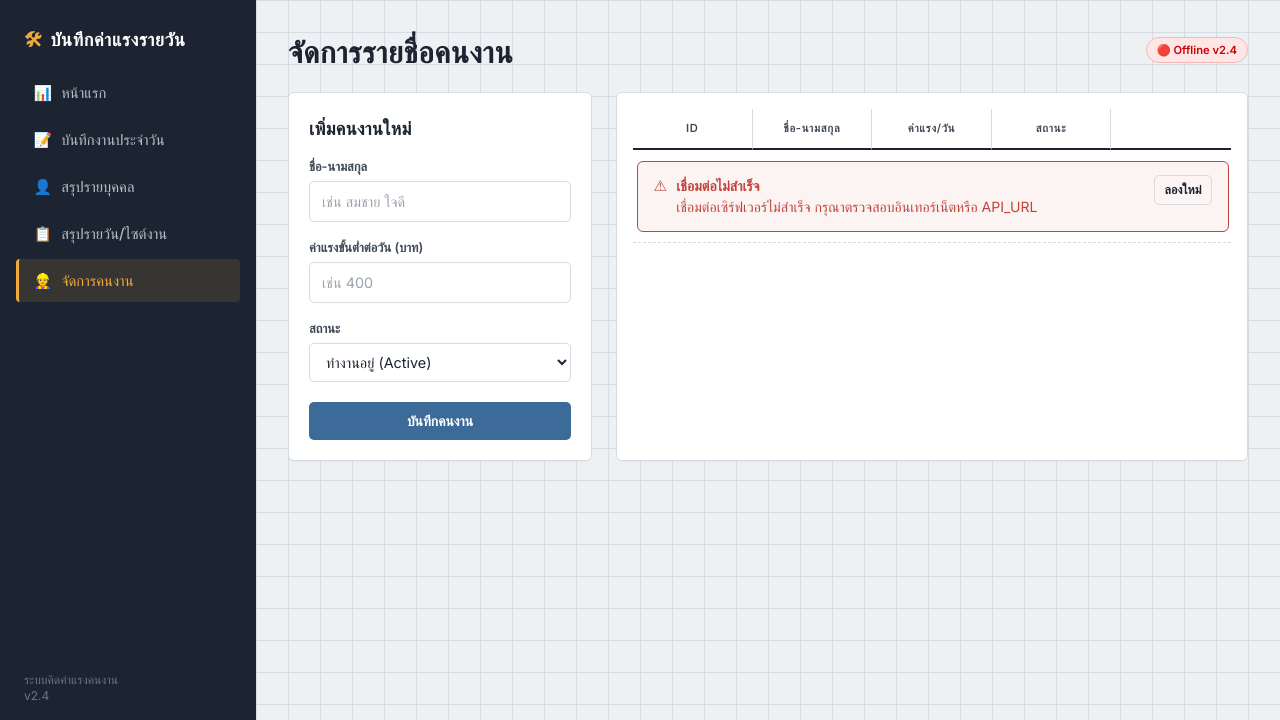
Repository: Artimis2nd/Web-Work
Page: workers.html
An editor plug-in stored every save of this project. The page is shown before and after the next save, followed by the edit.
The browser window is 1280 px wide. The pictures show the whole page.
The page's requests for data from a server got no answer. Some web libraries are served in a nearby version.

Above is the page before, as saved 2026-07-23 09:19:49.

After the next save:
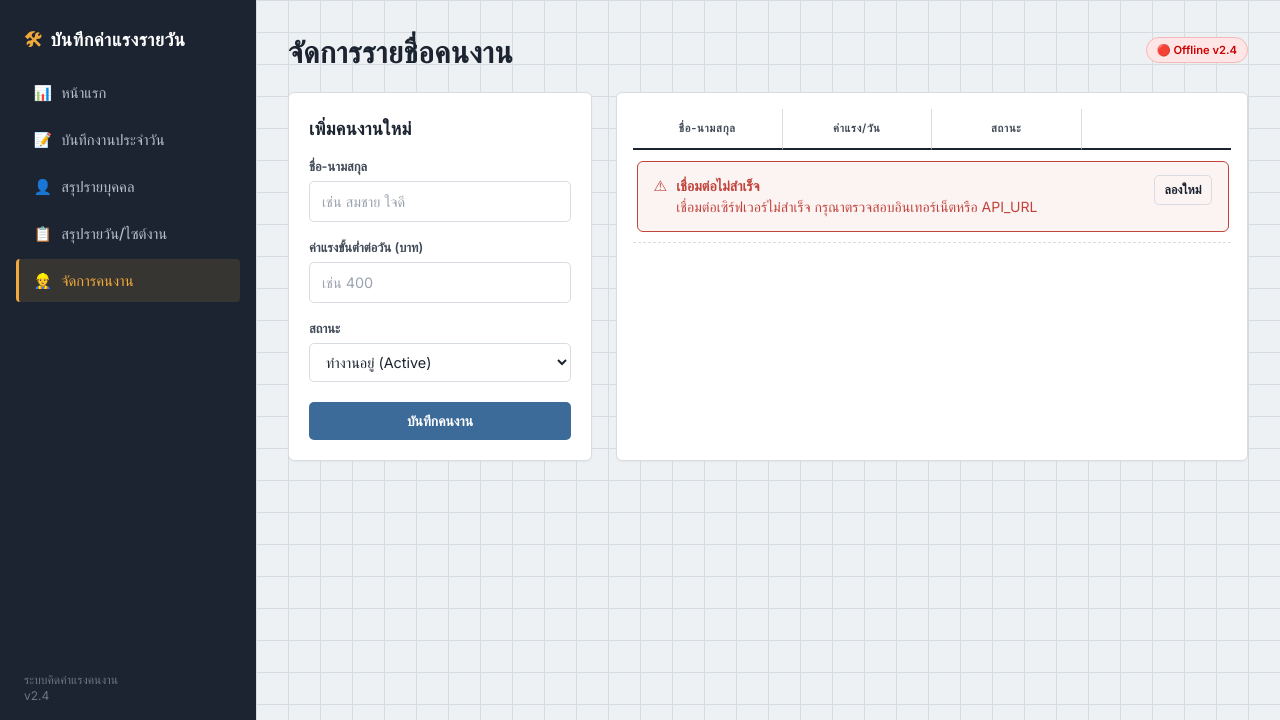
Saved 32 min 28 s later.
--- a/assets/js/pages/workers.js
+++ b/assets/js/pages/workers.js
@@ -38,9 +38,9 @@
           <div class="overflow-x-auto">
             <table class="tape-table">
               <thead>
-                <tr><th>ID</th><th>ชื่อ-นามสกุล</th><th>ค่าแรง/วัน</th><th>สถานะ</th><th></th></tr>
+                <tr><th>ชื่อ-นามสกุล</th><th>ค่าแรง/วัน</th><th>สถานะ</th><th></th></tr>
               </thead>
-              <tbody id="worker-rows">${Utils.skeletonRows(5, 5)}</tbody>
+              <tbody id="worker-rows">${Utils.skeletonRows(5, 4)}</tbody>
             </table>
           </div>
         </div>
@@ -75,7 +75,6 @@
     const stampLabel = w.Status === 'Active' ? 'ทำงานอยู่' : 'พักงาน';
     return `
       <tr>
-        <td class="font-mono" style="color:var(--ink-soft)">#${w.ID}</td>
         <td class="font-semibold">${Utils.escapeHtml(w.FullName)}</td>
         <td class="font-mono">฿${Utils.money(w.DailyWage)}</td>
         <td><span class="stamp ${stampClass}">${stampLabel}</span></td>
@@ -92,7 +91,7 @@
     try {
       const workers = await Api.getWorkers();
       if (!workers.length) {
-        tbody.innerHTML = `<tr><td colspan="5" class="text-center py-6" style="color:var(--ink-soft)">ยังไม่มีรายชื่อคนงาน</td></tr>`;
+        tbody.innerHTML = `<tr><td colspan="4" class="text-center py-6" style="color:var(--ink-soft)">ยังไม่มีรายชื่อคนงาน</td></tr>`;
         return;
       }
       tbody.innerHTML = workers.map(renderRow).join('');
@@ -120,7 +119,7 @@
       tbody.innerHTML = '';
       const tr = document.createElement('tr');
       const td = document.createElement('td');
-      td.colSpan = 5;
+      td.colSpan = 4;
       td.appendChild(Utils.errorBanner(err.message, loadTable));
       tr.appendChild(td);
       tbody.appendChild(tr);
